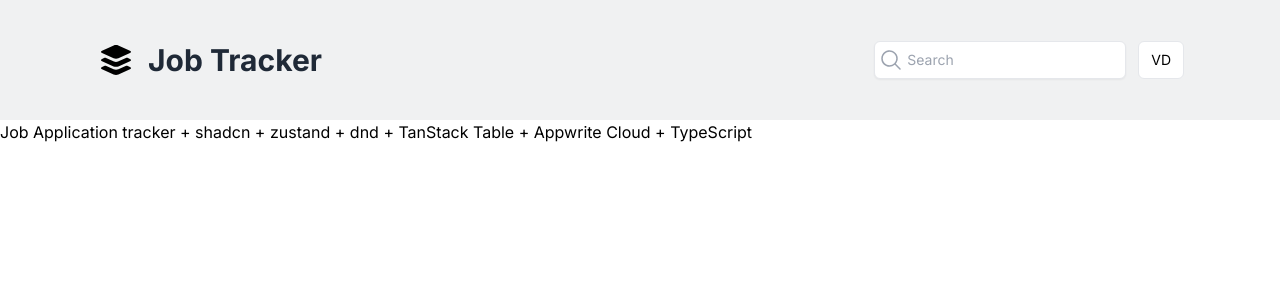
Repository: Vasil1001/job-applications-tracker-nextjs
Page: /
An editor plug-in stored every save of this project. The page is shown before and after the next save, followed by the edit.
The browser window is 1280 px wide. The pictures show the whole page.
The project was rebuilt for these pictures with package versions that can differ from the ones it lists, and the page was loaded fresh each time. The framework's server and built-in components were replaced by stand-ins that run in the browser. Also part of the build but not shown: next.config.js.

Above is the page before, as saved 2023-06-24 17:42:07.

### app/layout.tsx
import "./globals.css";
import { Inter } from "next/font/google";

const inter = Inter({ subsets: ["latin"] });

export const metadata = {
  title: "Job Tracker",
  description: "Generated by create next app",
};

export default function RootLayout({
  children,
}: {
  children: React.ReactNode;
}) {
  return (
    <html lang="en">
      <body suppressHydrationWarning={true} className={inter.className}>{children}</body>
    </html>
  );
}

### app/page.tsx
import Header from "@/components/Header";
import Image from "next/image";

export default function Home() {
  return (
    <main className="flex min-h-screen max-w-screen flex-col justify-between mx-auto">
      {/* Header Component */}
      <Header />

      {/* Board dnd Component */}

    </main>
  );
}

### components/Header.tsx
"use client";
import { Search } from "lucide-react";
import React from "react";
import SearchBar from "./navbar/SearchBar";
import { IoIosApps } from "react-icons/io";
import { RiSendPlaneLine } from "react-icons/ri";
import { BiNotepad } from "react-icons/bi";
import Image from "next/image";
import { MagnifyingGlassIcon, UserCircleIcon } from "@heroicons/react/24/solid";
import { FiUser } from "react-icons/fi";
import { HiMagnifyingGlass } from "react-icons/hi2";
import Navbar from "./navbar/Navbar";
import Avatar from "react-avatar";

export default function Header() {
  return (
    <header>
      <div className="flex flex-col md:flex-row items-center p-5 xl:p-10 xl:px-24 bg-gray-500/10">
        {/* <Navbar /> */}
        {/* <Image
          src="https://links.papareact.com/c2cdd5"
          alt="Logo"
          width={300}
          height={100}
          className="w-44 md:w-56 pb-10 md:pb-0 object-contain"
        /> */}
        {/* Logo */}
        <div className="flex items-center font-bold text-3xl mb-3 md:mb-0">
          <IoIosApps size={40} className="mr-3" />
          <span className="text-gray-800">Job Tracker</span>
        </div>

        {/* Search input, button and profile */}
        <div className="flex items-center gap-3 flex-1 justify-end w-full">
          <form className=" flex items-center p-1 bg-white border shadow-sm focus-visible:outline-none focus-visible:ring-1 focus:ring-gray-400 text-black border-gray-200 text-sm rounded-md hover:border-gray-300 placeholder:text-gray-400 focus:placeholder:text-gray-500 flex-1 md:flex-initial">
            <HiMagnifyingGlass className="w-6 h-6 text-gray-400 peer-focus:text-gray-700" />
            <input
              type="text"
              placeholder="Search"
              className="flex-1 peer outline-none p-1  "
            />
            <button hidden> Search</button>
          </form>

          <button className="p-2 px-3 text-black text-sm font-regular border outline-none focus-visible:outline-none focus-visible:ring-1 focus:ring-gray-400 bg-white border-gray-200 text-sm rounded-md hover:border-gray-300 ">
            VD
          </button>
        </div>

        {/* <Avatar name="Vasilis Dzhakov" round color="#ffffff" size="50" fgColor='black' /> */}
        <div className="flex gap-3.5">
          {/* <SearchBar />
            <button className="py-2 px-4 flex-initial text-black border focus-visible:outline-none focus-visible:ring-1 focus:ring-gray-400 bg-white border-gray-200 sm:text-sm rounded-md hover:border-gray-300 ">
              User
            </button> */}
        </div>
      </div>
      <h1>
        Job Application tracker + shadcn + zustand + dnd + TanStack Table +
        Appwrite Cloud + TypeScript
      </h1>
    </header>
  );
}

Loaded but not shown: app/globals.css (common file); tailwind.config.js (common file)

After the next save:
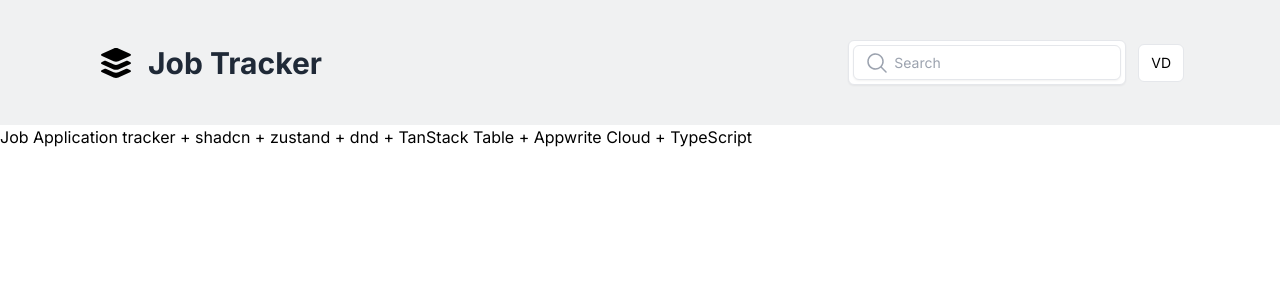
Saved 79 s later.
--- a/components/Header.tsx
+++ b/components/Header.tsx
@@ -33,12 +33,17 @@
         {/* Search input, button and profile */}
         <div className="flex items-center gap-3 flex-1 justify-end w-full">
           <form className=" flex items-center p-1 bg-white border shadow-sm focus-visible:outline-none focus-visible:ring-1 focus:ring-gray-400 text-black border-gray-200 text-sm rounded-md hover:border-gray-300 placeholder:text-gray-400 focus:placeholder:text-gray-500 flex-1 md:flex-initial">
-            <HiMagnifyingGlass className="w-6 h-6 text-gray-400 peer-focus:text-gray-700" />
-            <input
-              type="text"
-              placeholder="Search"
-              className="flex-1 peer outline-none p-1  "
-            />
+            <div className="relative  ">
+              <span className="absolute inset-y-0 left-0 flex items-center pl-3">
+                <HiMagnifyingGlass className="w-6 h-6 text-gray-400" />
+              </span>
+
+              <input
+                type="text"
+                className="w-full flex-1 h-full py-2 pl-10 pr-4 border shadow-sm focus-visible:outline-none focus-visible:ring-1 focus:ring-gray-400 text-black bg-white border-gray-200 sm:text-sm rounded-md hover:border-gray-300 placeholder:text-gray-400 focus:placeholder:text-gray-500"
+                placeholder="Search"
+              />
+            </div>
             <button hidden> Search</button>
           </form>
 
